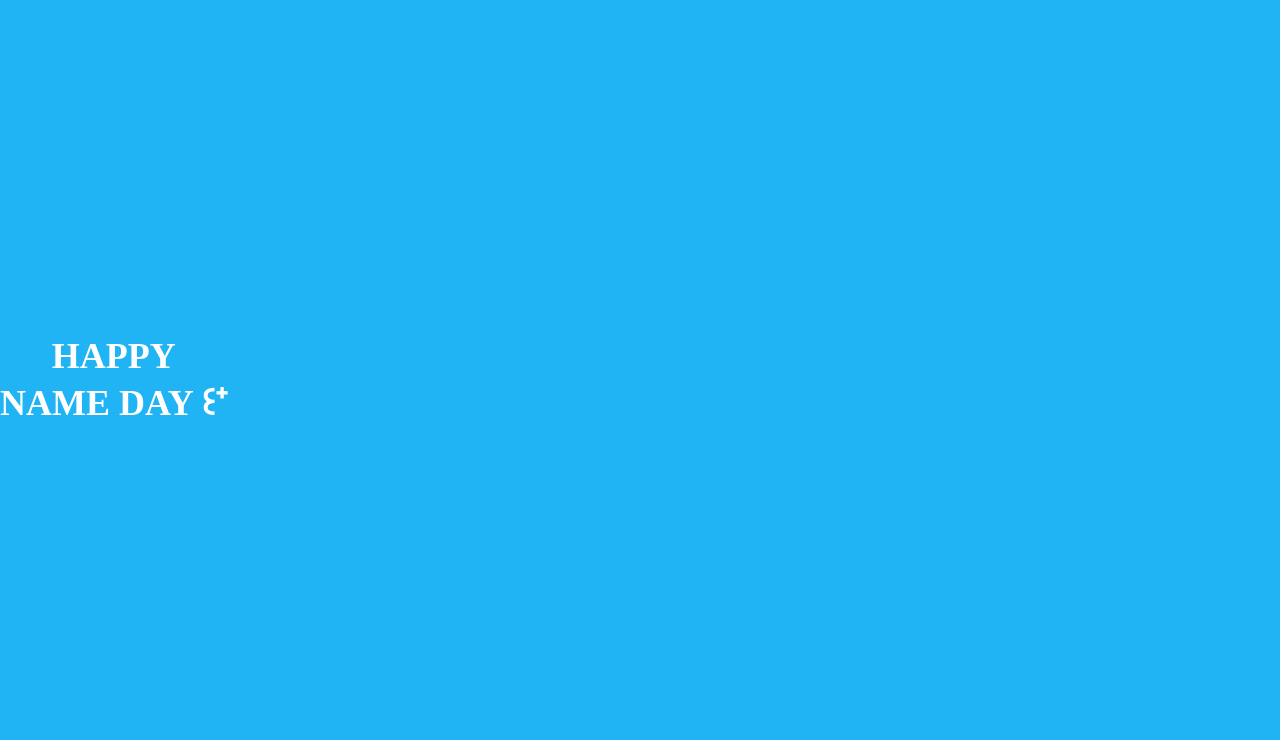
Repository: naps00/BIRTHDAY
Page: /details
These files come from the project's save history. The page is drawn as it stood at one moment and after the next save; the edit follows.
The browser window is 1280 px wide. The pictures show the whole page.
The project was rebuilt for these pictures with package versions that can differ from the ones it lists, and the page was loaded fresh each time.

Above is the page before, as saved 2024-12-12 04:02:08.

After the next save:
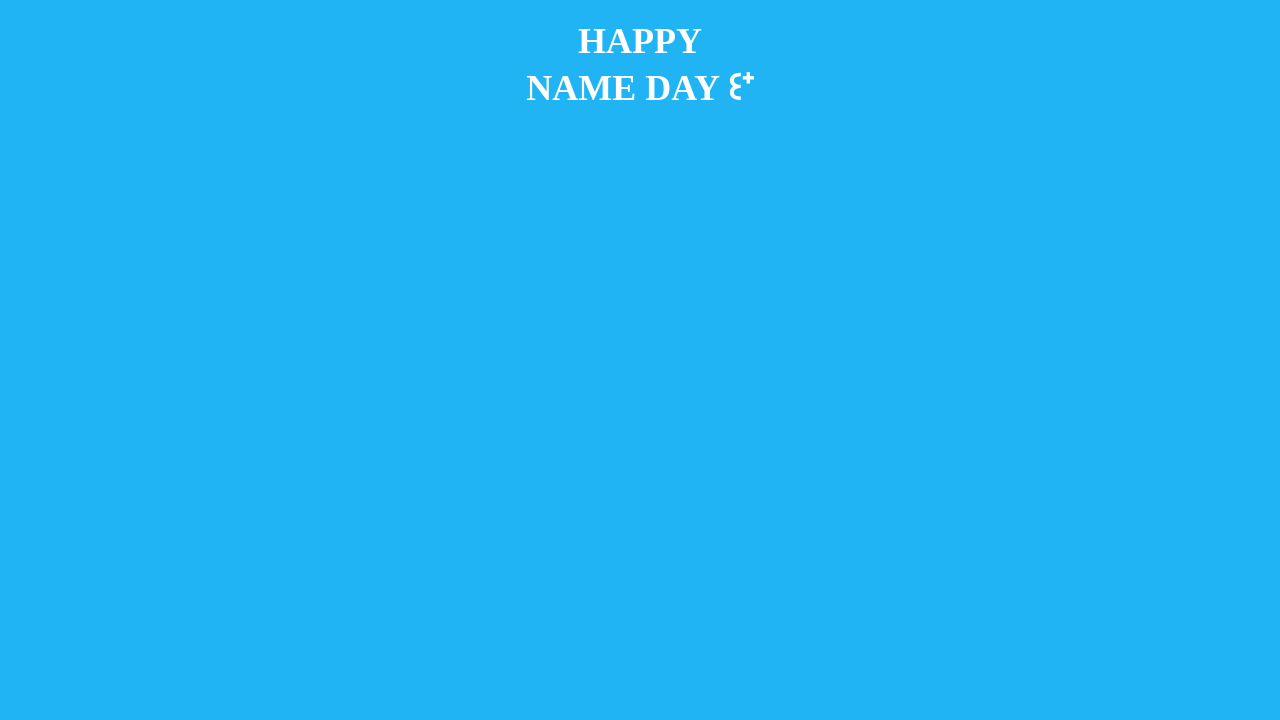
Saved 67 s later.
--- a/src/details.css
+++ b/src/details.css
@@ -1,9 +1,8 @@
 .details-page {
   display: flex;
-  justify-content: flex-start; /* จัดให้ข้อความอยู่ด้านบน */
-  align-items: center;
+  justify-content: center; /* จัดให้ข้อความอยู่กลางแนวนอน */
+  align-items: flex-start; /* จัดให้ข้อความอยู่ที่ด้านบนสุด */
   height: 100vh;
-  padding-top: 20px; /* เพิ่มระยะห่างจากด้านบน */
   transition: background-color 2s ease-in-out;
 }
 
@@ -21,4 +20,5 @@
   color: white;
   text-align: center;
   margin: 0;
+  padding-top: 20px; /* ระยะห่างจากขอบบน */
 }
